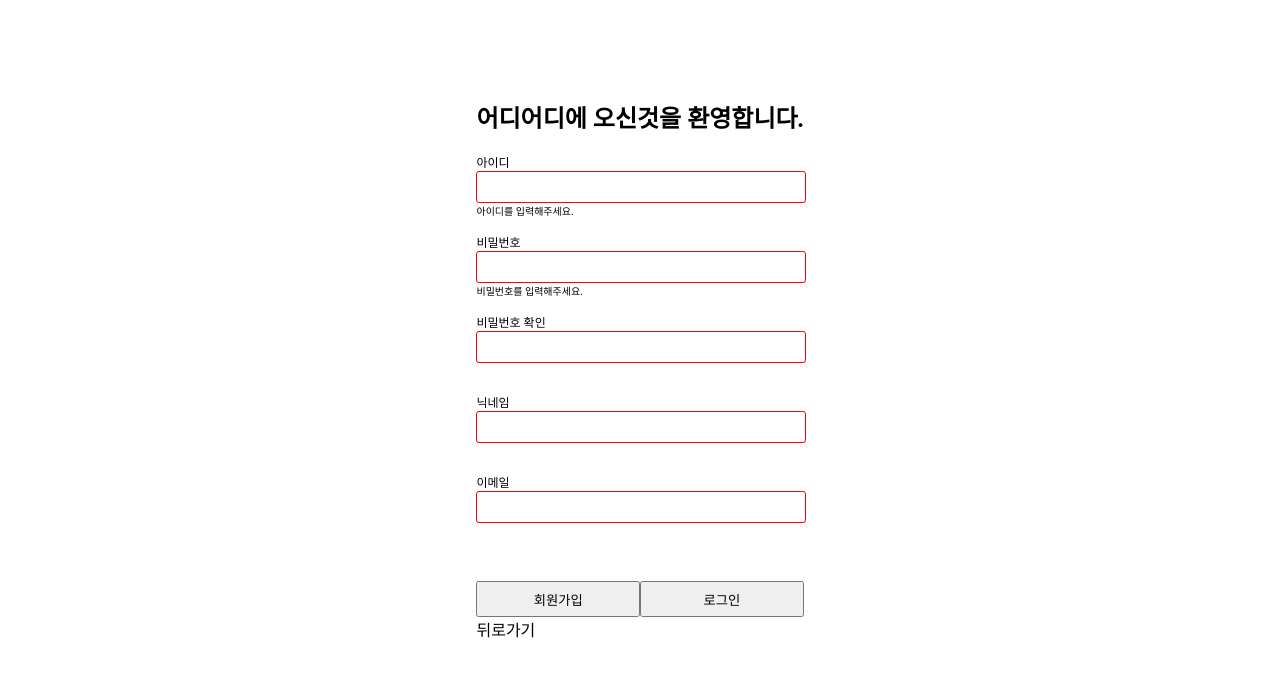
Repository: zzangyu/koreanFoodsProject
Page: http://localhost/koreanFoodsProject/koreanFoods/kFoods.do?cmd=signUp
An editor plug-in stored every save of this project. The page is shown before and after the next save, followed by the edit.
The browser window is 1280 px wide. The pictures show the whole page.
The page is served by Tomcat 9. Other server files are loaded and not shown.

Above is the page before, as saved 2022-12-29 07:31:43.

### koreanFoodsProject/src/main/webapp/koreanFoods/signUp.jsp
<%@ page language="java" contentType="text/html; charset=UTF-8"
    pageEncoding="UTF-8"%>
<!DOCTYPE html>
<html>
<head>
<meta charset="UTF-8">
<link type="text/css" rel="stylesheet" href="css/kFoods.css">
<title>Sign Up</title>
</head>
<body>
	<form action="" id="signUp">
		<div id="signUp_Wrap">
			<h2>어디어디에 오신것을 환영합니다.</h2>
			<div>
				<label class="signUp_textSize">아이디</label>
				<div>
					<input type="text" name="kf_id" class="signUp_input">
					<div class="signUp_check_textSize" id="signUp_idCheck">아이디를 입력해주세요.</div>
				</div>
			</div>
			<div>
				<label class="signUp_textSize">비밀번호</label>
				<div>
					<input type="password" name="kf_password" class="signUp_input">
					<div class="signUp_check_textSize" id="signUp_idCheck">비밀번호를 입력해주세요.</div>
				</div>
			</div>
			<div>
				<label class="signUp_textSize">비밀번호 확인</label>
				<div>
					<input type="password" name="kf_passwordCheck" class="signUp_input">
					<div class="signUp_check_textSize" id="signUp_idCheck"></div>
				</div>
			</div>
			<div>
				<label class="signUp_textSize">닉네임</label>
				<div>
					<input type="text" name="kf_nickname" class="signUp_input">
					<div class="signUp_check_textSize" id="signUp_nickCheck"></div>
				</div>
			</div>
			<div>
				<label class="signUp_textSize">이메일</label>
				<div>
					<input type="text" name="kf_email" class="signUp_input">
					<div class="signUp_check_textSize" id="signUp_emailCheck"></div>
				</div>
			</div>
			<button class="signUp_button1">회원가입</button><button class="signUp_button1">로그인</button>
			<a id="signUp_backButton">뒤로가기</a>
		</div>
	</form>
</body>
</html>

### koreanFoodsProject/src/main/java/com/kFoods/control/ControlServlet.java
package com.kFoods.control;

import java.io.IOException;
import java.io.PrintWriter;

import javax.servlet.RequestDispatcher;
import javax.servlet.ServletException;
import javax.servlet.http.HttpServlet;
import javax.servlet.http.HttpServletRequest;
import javax.servlet.http.HttpServletResponse;

import com.kFoods.action.Action;


public class ControlServlet extends HttpServlet {
	private static final long serialVersionUID = 1L;

	protected void service(HttpServletRequest request, HttpServletResponse response) throws ServletException, IOException {
		request.setCharacterEncoding("utf-8");
		response.setContentType("text/html;charset=utf-8");

		String cmd = request.getParameter("cmd");

		if(cmd != null) {
			ActionFactory factory = ActionFactory.getInstance();
			Action action = factory.getAction(cmd);

			ActionForward af = action.execute(request, response);

			if(af.isRedirect()) {
				response.sendRedirect(af.getUrl());
			} else {
				RequestDispatcher rd = request.getRequestDispatcher(af.getUrl());
				rd.forward(request, response);
			}
		} else {
			PrintWriter out = response.getWriter();

			out.println("<html>");
			out.println("<head><title>Error</title></head>");
			out.println("<body>");
			out.println("<h4>올바른 요청이 아닙니다.</h4>");
			out.println("<h4>http://localhost:8181/Project/project/cityPlan.do?cmd=요청키워드</h4>");
			out.println("</body>");
			out.println("</html>");
		}

	}

}

### koreanFoodsProject/src/main/java/com/kFoods/control/ActionFactory.java
package com.kFoods.control;

import com.kFoods.action.Action;
import com.kFoods.action.IndexAction;
import com.kFoods.action.SignInAction;
import com.kFoods.action.SignUpAction;

public class ActionFactory {

	private static ActionFactory instance;

	private ActionFactory() {}

	public static synchronized ActionFactory getInstance() {
		if(instance == null) {
			instance = new ActionFactory();
		}
		return instance;
	}

	public Action getAction(String cmd) {
		Action action = null;

		switch (cmd) {

		case "signUp":
			action = new SignUpAction();
			break;

		case "signIn":
			action = new SignInAction();
			break;

		default:
			action = new IndexAction();
			break;
		}

		return action;
	}

}

### koreanFoodsProject/src/main/java/com/kFoods/action/Action.java
package com.kFoods.action;

import java.io.IOException;

import javax.servlet.http.HttpServletRequest;
import javax.servlet.http.HttpServletResponse;

import com.kFoods.control.ActionForward;

public interface Action {
	public ActionForward execute(HttpServletRequest request, HttpServletResponse response) throws IOException;
}

### koreanFoodsProject/src/main/java/com/kFoods/action/SignUpAction.java
package com.kFoods.action;

import java.io.IOException;

import javax.servlet.http.HttpServletRequest;
import javax.servlet.http.HttpServletResponse;

import com.kFoods.control.ActionForward;

public class SignUpAction implements Action {

	@Override
	public ActionForward execute(HttpServletRequest request, HttpServletResponse response) throws IOException {
		return new ActionForward("/koreanFoods/signUp.jsp", false);
	}

}

### koreanFoodsProject/src/main/java/com/kFoods/control/ActionForward.java
package com.kFoods.control;

public class ActionForward {

	private String url;
	private boolean redirect;

	public ActionForward() {}

	public ActionForward(String url) {
		this.url = url;
	}

	public ActionForward(String url, boolean redirect) {
		this.url = url;
		this.redirect = redirect;
	}

	public String getUrl() {
		return url;
	}

	public void setUrl(String url) {
		this.url = url;
	}

	public boolean isRedirect() {
		return redirect;
	}

	public void setRedirect(boolean redirect) {
		this.redirect = redirect;
	}

}

### koreanFoodsProject/src/main/webapp/koreanFoods/css/kFoods.css
@charset "UTF-8";
html, body {
	margin: 0;
	padding: 0;
	width: 100%;
	height: 100%;
}
a {
	text-decoration: none;
}
#loginButton {
	background-color: yellow;
}
#loginButton a {
	color: red;
}
#signUp {
	width: 100%;
	height: 100%;
	display: flex;
	justify-content: center;
	align-items: center;
}
.signUp_textSize {
	font-size: 12px;
}
.signUp_check_textSize {
	font-size: 10px;
}
#signUp_Wrap h2 {
	text-align: center;
}
#signUp_Wrap > div {
	width: 100%;
	height: 80px;
}
.signUp_input {
	margin: 0;
    padding: 0;
    width: 100%;
    height: 30px;
    border: 1px solid red;
    border-radius: 3px;
}
.signUp_button1 {
	width: 50%;
	height: 36px;
	margin-top: 28px;
}
.signUp_button2 {
	width: 100%;
	height: 36px;
	margin-top: 28px;
}

After the next save:
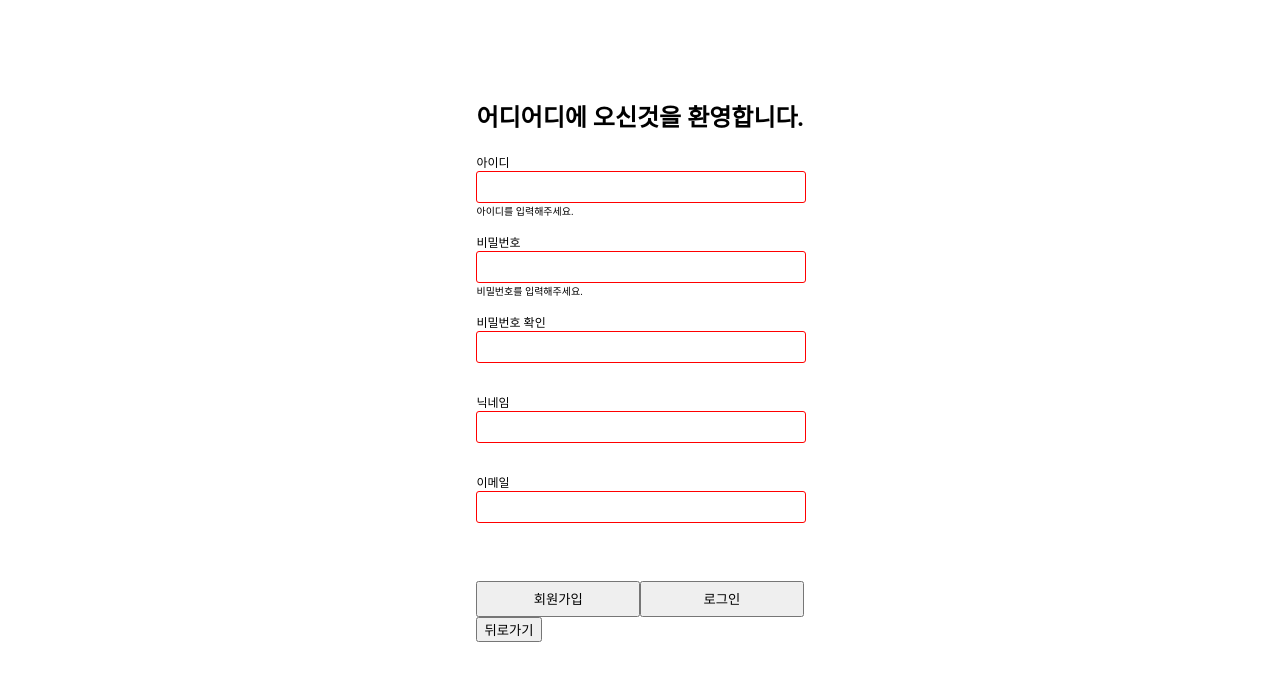
Saved 3 s later.
--- a/koreanFoodsProject/src/main/webapp/koreanFoods/signUp.jsp
+++ b/koreanFoodsProject/src/main/webapp/koreanFoods/signUp.jsp
@@ -47,7 +47,7 @@
 				</div>
 			</div>
 			<button class="signUp_button1">회원가입</button><button class="signUp_button1">로그인</button>
-			<a id="signUp_backButton">뒤로가기</a>
+			<button >뒤로가기</button>
 		</div>
 	</form>
 </body>
